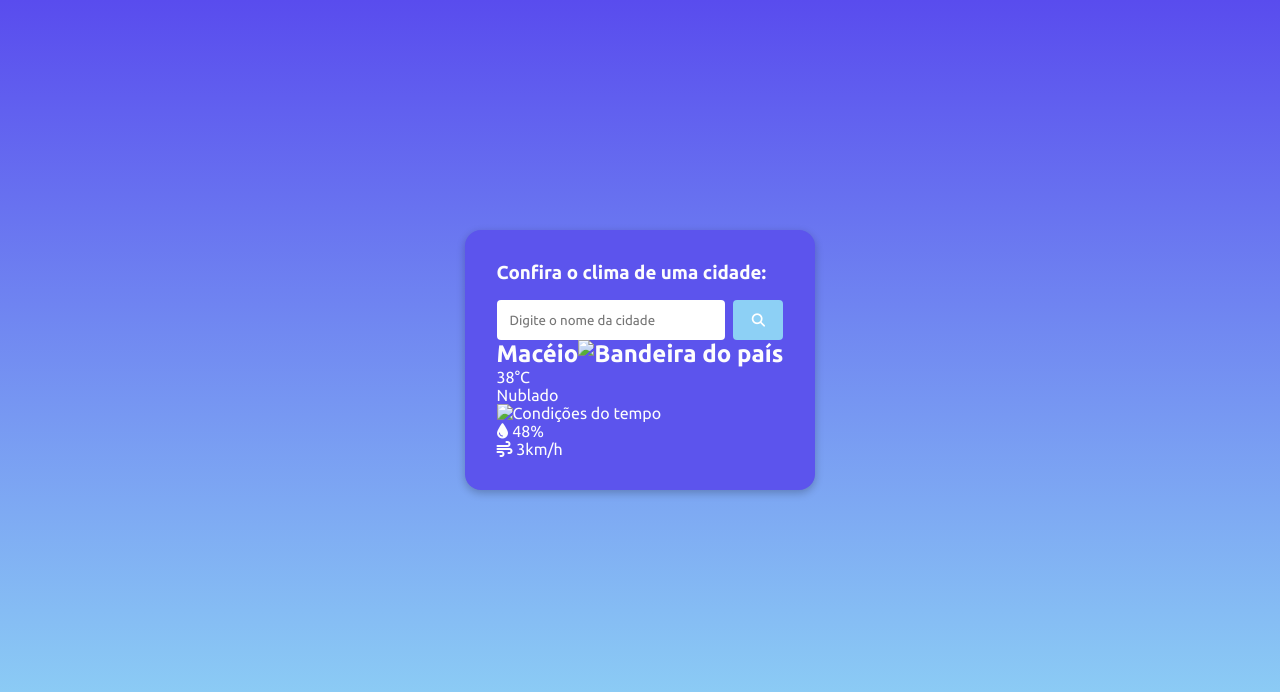
Repository: willamesalmeida/Clima
Page: index.html
These files come from the project's save history. The page is drawn as it stood at one moment and after the next save; the edit follows.
The browser window is 1280 px wide. The pictures show the whole page.

Above is the page before, as saved 2022-09-19 16:23:38.

After the next save:
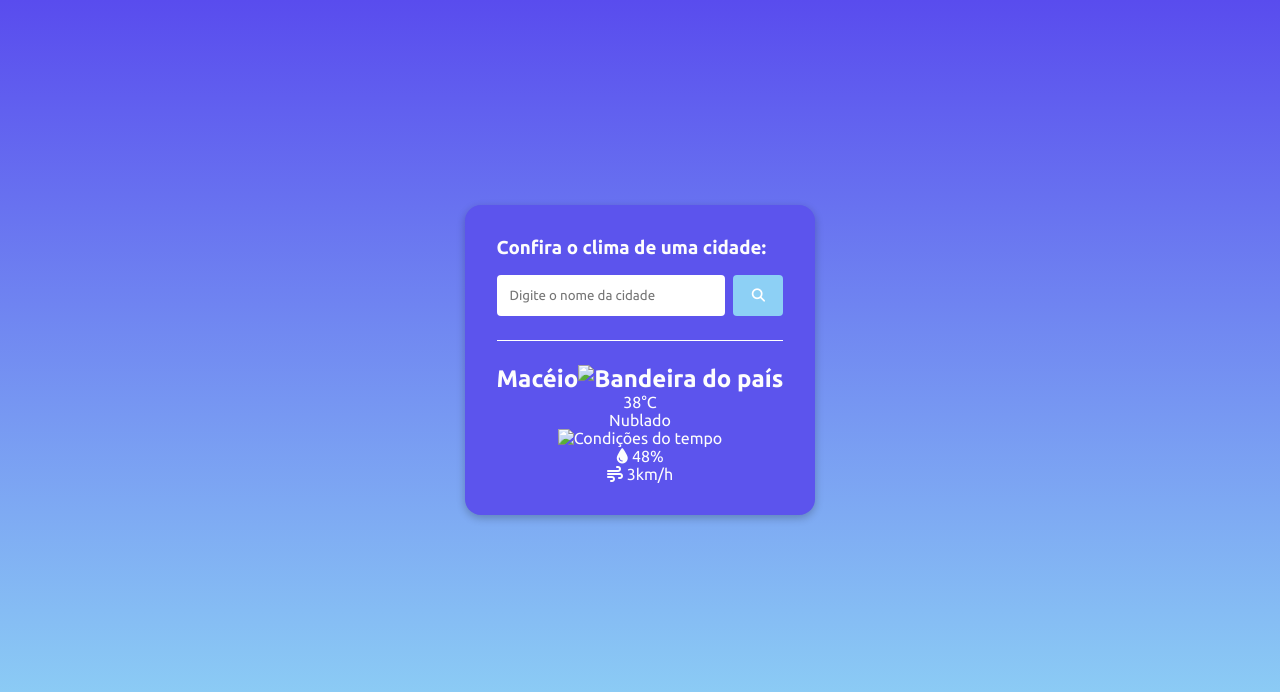
Saved 23 s later.
--- a/css/styles.css
+++ b/css/styles.css
@@ -51,7 +51,7 @@ body{
 }
 
 /* Clima */
-#weather-date{
+#weather-data{
     border-top: 1px solid #fff ;
     margin-top: 1.5rem;
     padding-top: 1.5rem;
